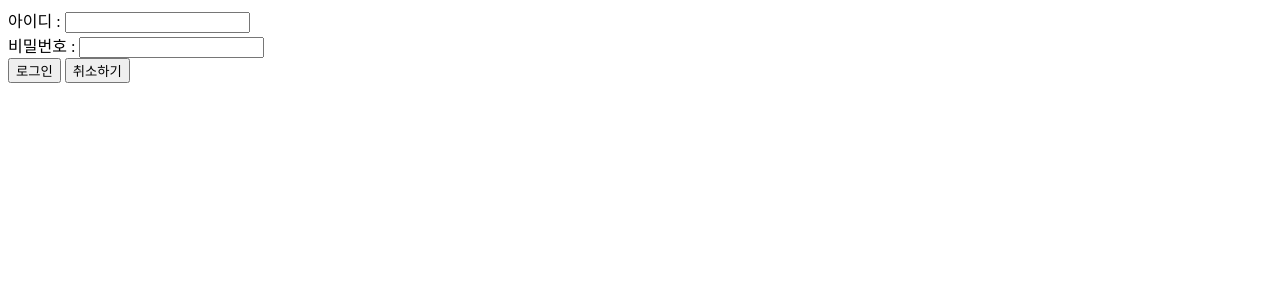
Repository: ineble/demo1
Page: http://localhost/test/hello2.jsp
These files come from the project's save history. The page is drawn as it stood at one moment and after the next save; the edit follows.
The browser window is 1280 px wide. The pictures show the whole page.
The page is served by Tomcat 10.

Above is the page before, as saved 2022-08-03 08:35:12.

After the next save:
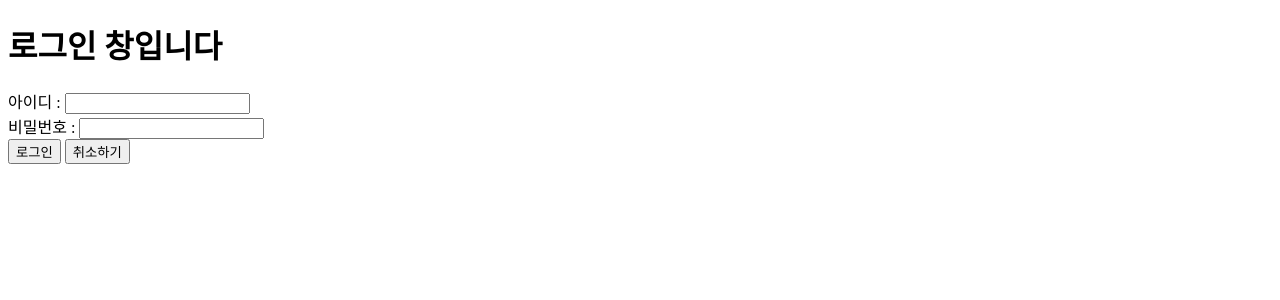
Saved 22 s later.
--- a/test/src/main/webapp/hello2.jsp
+++ b/test/src/main/webapp/hello2.jsp
@@ -12,6 +12,7 @@
 <title>Insert title here</title>
 </head>
 <body>
+	<h1>로그인 창입니다</h1>
 	<form action="result.jsp" method="post" name="frmLogin" enctype="utf-8">
 	아이디 : <input type="text" name="user_id"> <br>
 	비밀번호 : <input type="password" name="user_pw"> <br>

After the save that followed:
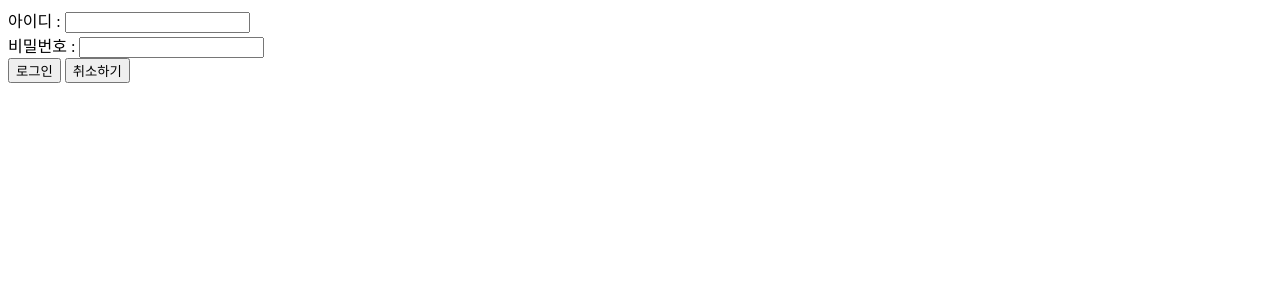
Saved 62 s later.
--- a/test/src/main/webapp/hello2.jsp
+++ b/test/src/main/webapp/hello2.jsp
@@ -10,14 +10,22 @@
 <head>
 <meta charset="utf-8">
 <title>Insert title here</title>
+<style type="text/css">
+	#loginForm{
+		width : 50%;
+		text-align : 50px;
+	}
+
+</style>
 </head>
 <body>
-	<h1>로그인 창입니다</h1>
+	<div id="loginForm">
 	<form action="result.jsp" method="post" name="frmLogin" enctype="utf-8">
 	아이디 : <input type="text" name="user_id"> <br>
 	비밀번호 : <input type="password" name="user_pw"> <br>
 	<input type="submit" value="로그인">
 	<input type="reset" value="취소하기">
 	</form>
+	</div>
 </body>
 </html>
